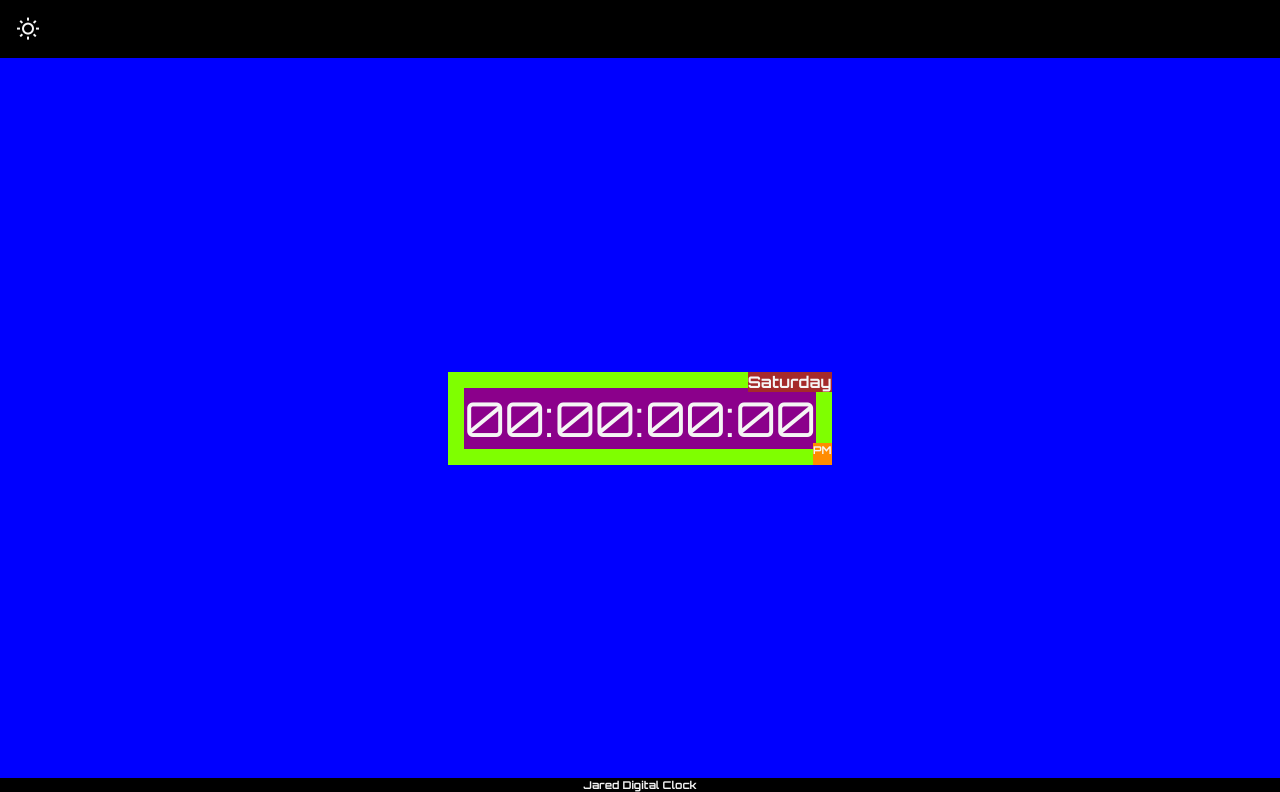
Repository: EguJaredoBoyd/Jared-Digital-Clock
Page: index.html
An editor plug-in stored every save of this project. The page is shown before and after the next save, followed by the edit.
The browser window is 1280 px wide. The pictures show the whole page.
Some web libraries are served in a nearby version.

Above is the page before, as saved 2026-01-04 22:41:39.

After the next save:
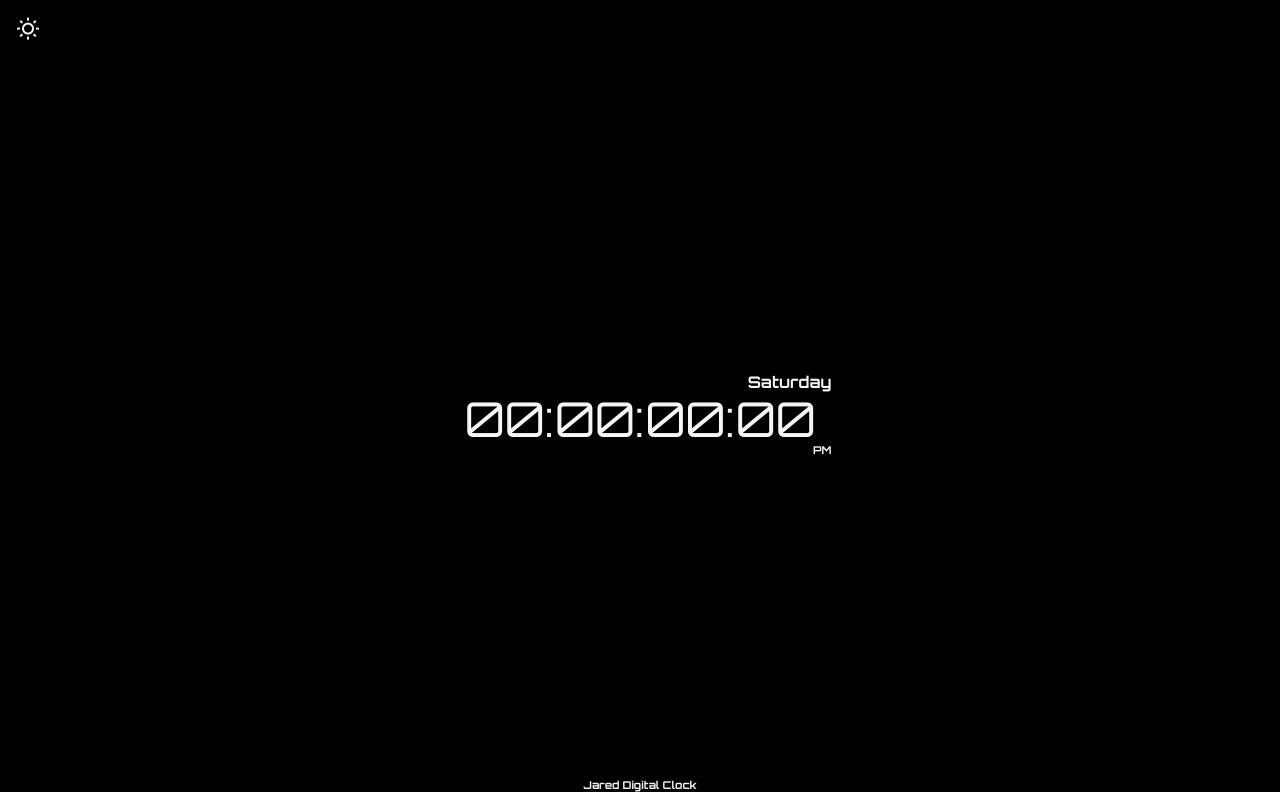
Saved 40 s later.
--- a/css/styles.css
+++ b/css/styles.css
@@ -66,7 +66,6 @@ header button i {
   width: 100%;
   max-width: 100%;
   position: relative;
-  background-color: blue;
 }
 
 .watch-container__time {
@@ -74,13 +73,11 @@ header button i {
   max-width: 100%;
   padding: 1rem;
   max-width: 100%;
-  background-color: chartreuse;
   position: relative;
 }
 
 .watch-container__time p {
   font-size: 3rem;
-  background-color: darkmagenta;
 }
 
 .watch-container__time h4 {
@@ -88,13 +85,11 @@ header button i {
   right: 0;
   top: 0;
   margin-bottom: 1rem;
-  background-color: brown;
 }
 
 .watch-container__time h6 {
   align-self: self-end;
   padding-bottom: 0.5rem;
-  background-color: darkorange;
   position: absolute;
   right: 0;
   bottom: 0;
